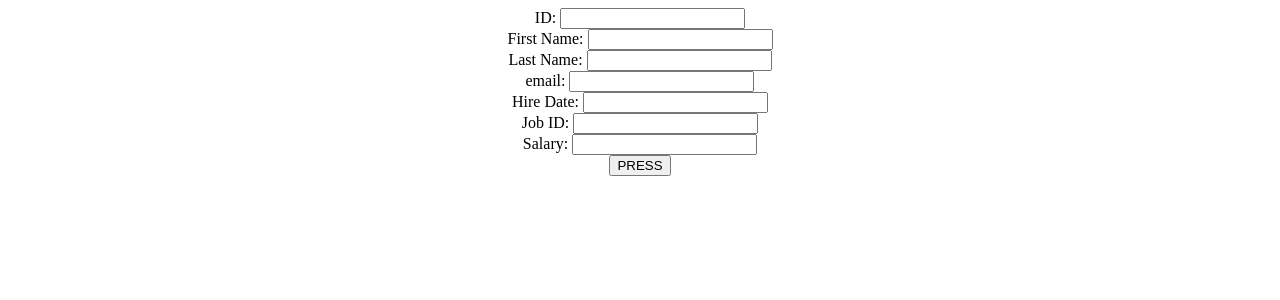
Repository: poobalan5397/corejava
Page: firstWebsite/src/main/webapp/Addemployee.html
An editor plug-in stored every save of this project. The page is shown before and after the next save, followed by the edit.
The browser window is 1280 px wide. The pictures show the whole page.

Above is the page before, as saved 2022-05-23 05:28:37.

### firstWebsite/src/main/webapp/Addemployee.html
<!DOCTYPE html>
<html>
<head>
<meta charset="ISO-8859-1">
<title>addemployee</title>
</head>
<body>
<form action="Employees" method="post"><!-- -need  to mention methodpost-->
		<center>
			ID: <input type='text' name='id' ><br><!--  -->
			<div>
			</div>
			First Name: <input type='text' name='fname' ><br>
			<div>
			</div>
			Last Name: <input type='text' name='lname' ><br>
			<div>
			</div>
			email: <input type='text' name='email' ><br>
			<div>
			</div>
			Hire Date: <input type='text' name='hdate' ><br>
			<div>
			</div>
			Job ID: <input type='text' name='jobid' ><br>
			<div>
			</div>
			Salary: <input type='text' name='salary' ><br>
			<div>
			</div>
			<input type=submit value='PRESS'><!-- on submit a Http request  -->
		</center>
		</form>
</body>
</html>

After the next save:
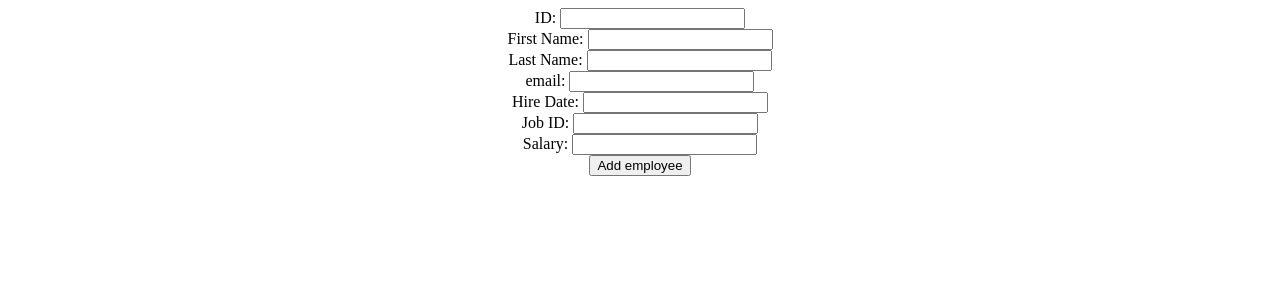
Saved 28 min 29 s later.
--- a/firstWebsite/src/main/webapp/Addemployee.html
+++ b/firstWebsite/src/main/webapp/Addemployee.html
@@ -28,7 +28,7 @@
 			Salary: <input type='text' name='salary' ><br>
 			<div>
 			</div>
-			<input type=submit value='PRESS'><!-- on submit a Http request  -->
+			<input type=submit value='Add employee'><!-- on submit a Http request  -->
 		</center>
 		</form>
 </body>
